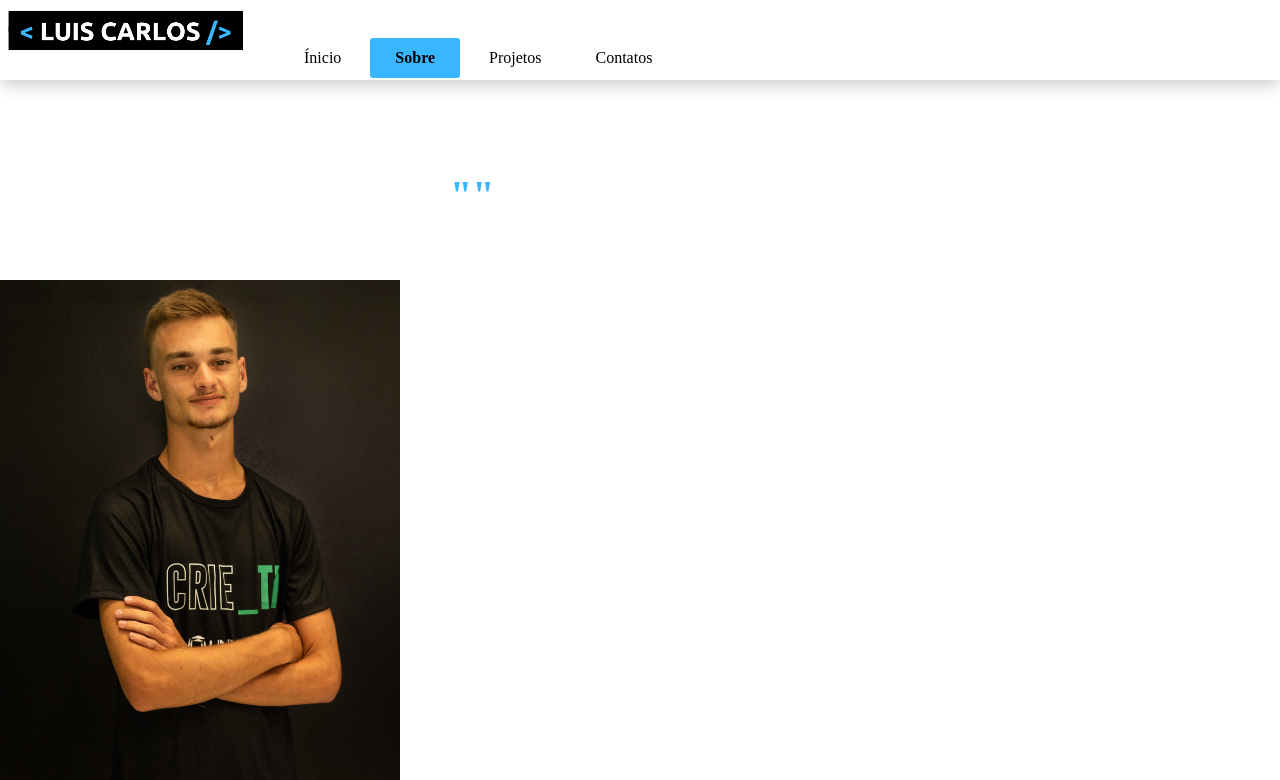
Repository: Iluiscarlos/SitePortifolio
Page: about.html
An editor plug-in stored every save of this project. The page is shown before and after the next save, followed by the edit.
The browser window is 1280 px wide. The pictures show the whole page.
Some web libraries are served in a nearby version.

Above is the page before, as saved 2022-05-23 22:11:17.

### about.html
<!DOCTYPE html>
<html lang="pt-BR">

<head>
    <meta charset="UTF-8">
    <meta name="viewport" content="width=device-width, initial-scale=1.0">
    <meta http-equiv="X-UA-Compatible" content="ie=edge">
    <title>Luís Carlos</title>
    <link rel="stylesheet" href="Styles/base/reset.css">
    <link rel="stylesheet" href="Styles/base/variables.css">
    <link rel="stylesheet" href="Styles/base/base.css">
    <link rel="stylesheet" href="Styles/layout/header.css">
    <link rel="stylesheet" href="Styles/layout/about.css">
    <script src="https://kit.fontawesome.com/2c48374459.js" crossorigin="anonymous"></script>
    <link rel="preconnect" href="https://fonts.googleapis.com">
    <link rel="preconnect" href="https://fonts.gstatic.com" crossorigin>
    <link href="https://fonts.googleapis.com/css2?family=Poppins&display=swap" rel="stylesheet">
</head>

<body>
    <header class="header">
        <img src="icons/logo.png" class="header__logo">
        <nav class="menu__item">
            <a href="index.html" class="menu__item">Ínicio</a>
            <a href="about.html" target="_self" class=" menu__item menu__item--active">Sobre</a>
            <a href="#" class="menu__item">Projetos</a>
            <a href="#" class="menu__item">Contatos</a>
        </nav>
    </header>
    <section class="about">
        <img src="photos/About.jpg" class="about__photo">

        <div class="about__content">
            <h1 class="about__tittle"> "<Sobre mim>" </h1>
        </div>
    </section>
</body>
</html>

### Styles/base/variables.css
:root{
    --color-red: #F41B3B;
    --color-green: #1EBC99;
    --color-blue: #38b6ff;
    --color-blue1: #0058dd;
    --color-purple:#6b009d;
    --color-yellow: #F9CC0D;
    --color-white: #ffffff;
    --color-black: #000000;
    --color-black1: #333;
    --color-darken-gray: #363536;
    --color-light-gray: #807E81;
    --color-gray: #4f4e50;
    --color-fa: #fafafa;
    --color-ea: #eaeaea;
    --color-cece: #cecece;

--font-family-Roboto:"Roboto Flex", 'Sans serif';
--font-size-default: 16px;
--border-radius-default:3px;

--font-family-primary: var(--font-family-Roboto);
}

### Styles/base/base.css
body {
    font-family: var(--font-family-primary);
    font-size: var(--font-size-default);
    background-color:  var(--color-white);
    color: var(--color-black1);
}


.divisor{
    size: 1;
    width: 100%;
}

.container {
    width: 1100px;
    max-width: 100%;
    margin-left: auto;
    margin-right: auto;
    margin-bottom: 60px;
  }

### Styles/layout/header.css
.header{
    position: fixed;
    height: 80px;
    font-size: 16px;
    background-color: var(--color-white);
    box-shadow: 0 5px 1em #cecece;
    top: 0;
    left: 0;
    right: 0;
}

.header .container{
    display: flex;
    align-items: center;
    height: 100%;
}
.menu__item{
    display: inline-block;
    padding: 0 25px 0;
    text-decoration: none;
    /*border-right: 2px solid var(--color-blue);*/
    color: var(--color-black);
    margin-left: auto;
}

.menu__item--active{
    color: var(--color-black);
    display: inline-block;
    text-align: center;
    font-weight: bold;
    line-height: 40px;
    border-radius: 3px;
    background: var(--color-blue);
}

/*.menu__item:last-child{
    border-right: none;
}*/

.header__logo{
    width: 250px;
}


@media only screen and (max-width: 480px){
    .header{
    display: block;
    position: fixed;
    top: 60px;
    left: 0;
    right: 0;
    bottom: 0;
    background-color: pink;
    transform: translateX(-100%);

}


    .header__menu::-webkit-scrollbar{
        width: 0;
        height: 0;
    }

    .menu__item{
        display: block;
        margin: 20px 0;
    }

}

### Styles/layout/about.css
.about{
    display: flex;
}

.about__photo{
    width: 400px;
    height: 500px;
    padding-top: 280px;
    padding-right: 50px;
    vertical-align: middle;
    object-fit: cover;
}


.about__tittle{
    color: var(--color-blue);
    font-size: 40px;
    font-weight:900;
    padding-top: 140px;
    text-align: end;
}


.about__content{
    font-family: var(--font-family-primary);
    font-size: 18px;
    padding-top: 30px;
    text-align: justify;
    line-height: 1.25;
}


a{
    text-decoration: none;
}

.bold__blue{
    font-weight: bold;
    color: var(--color-blue);
}

.bold__black{
    font-weight: bold;
    color: var(--color-black);
}


.experience{
    display: flex;
    flex-direction: column;
}

.subtitle{
    color: var(--color-blue);
    font-size: 40px;
    font-weight:500;
    padding-top: 25px;
    text-align: center;
    vertical-align:top;
}

.experience__list{
    text-align: justify;
    font-size: 18px;
    font-weight: 400;
    line-height: 25px;
}

.experience__edu{
    text-align: justify;
    font-size: 18px;
    font-weight: 400;
    line-height: 25px;
}

Loaded but not shown: Styles/base/reset.css (common file)

After the next save:
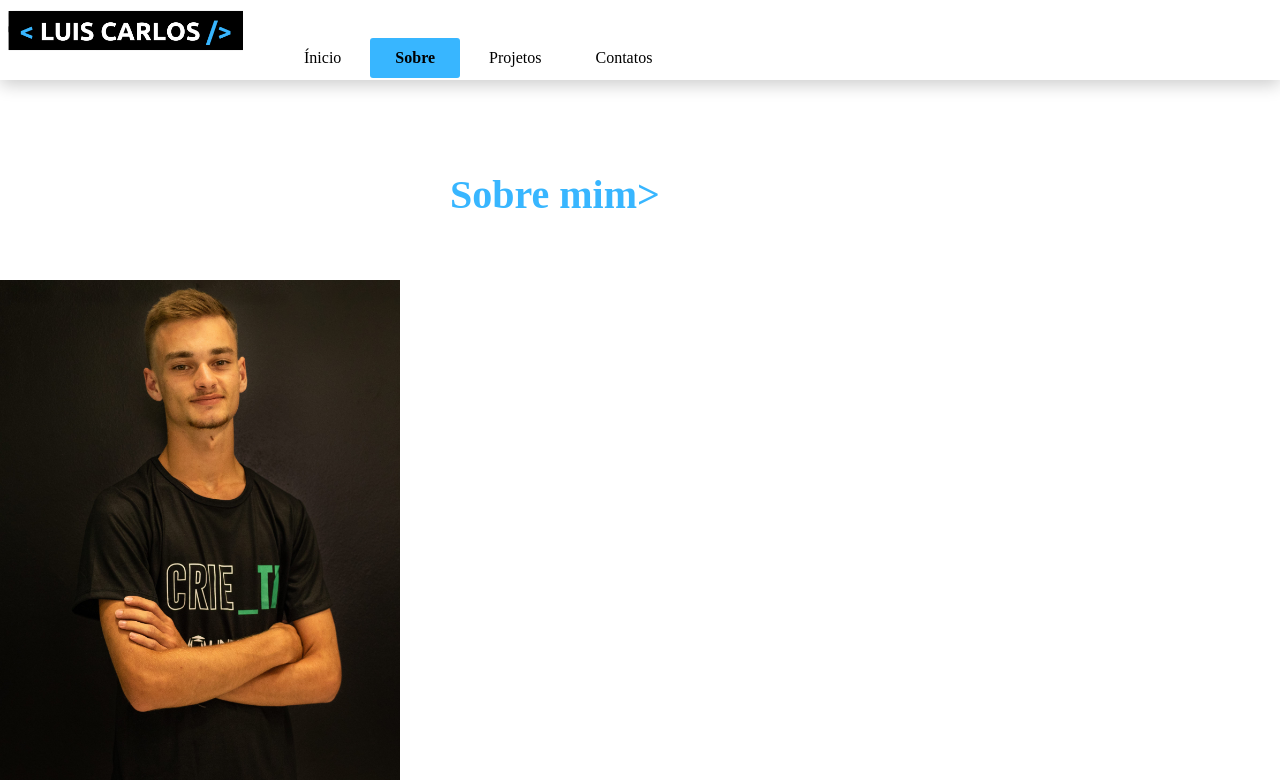
Saved 20 s later.
--- a/about.html
+++ b/about.html
@@ -31,7 +31,7 @@
         <img src="photos/About.jpg" class="about__photo">
 
         <div class="about__content">
-            <h1 class="about__tittle"> "<Sobre mim>" </h1>
+            <h1 class="about__tittle">Sobre mim></h1>
         </div>
     </section>
 </body>
